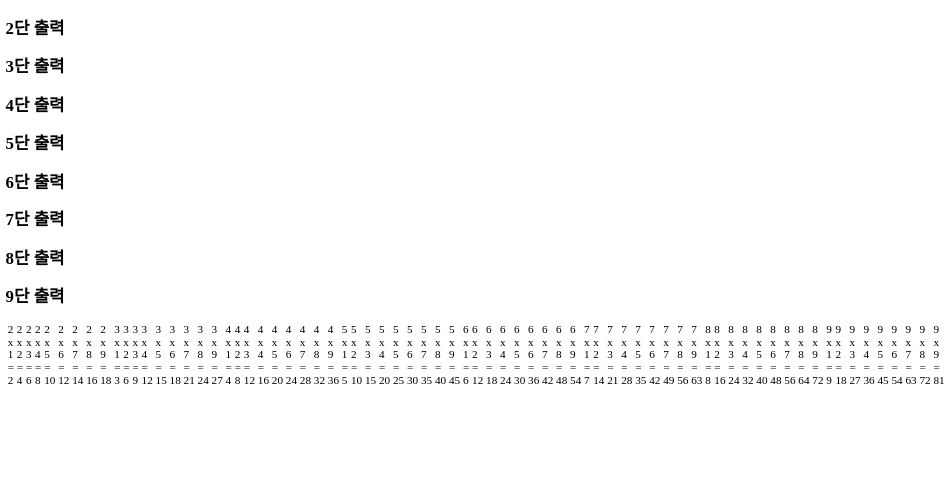
Repository: carnelli95/workspace_JSP
Page: http://localhost/MustHaveJSP/Mission/Gugudan1.jsp
These files come from the project's save history. The page is drawn as it stood at one moment and after the next save; the edit follows.
The browser window is 1280 px wide. The page is 1352 px wide, then 1280 px, so the pictures cover 1352 px, including what lies to the right of the window. The pictures show the part of the page from y = 0 to 1840 px (the page is 720 px tall before and 2529 px after), at 70% of full size.
The page is served by Tomcat 9.

Above is the page before, as saved 2025-09-22 08:42:37.

After the next save:
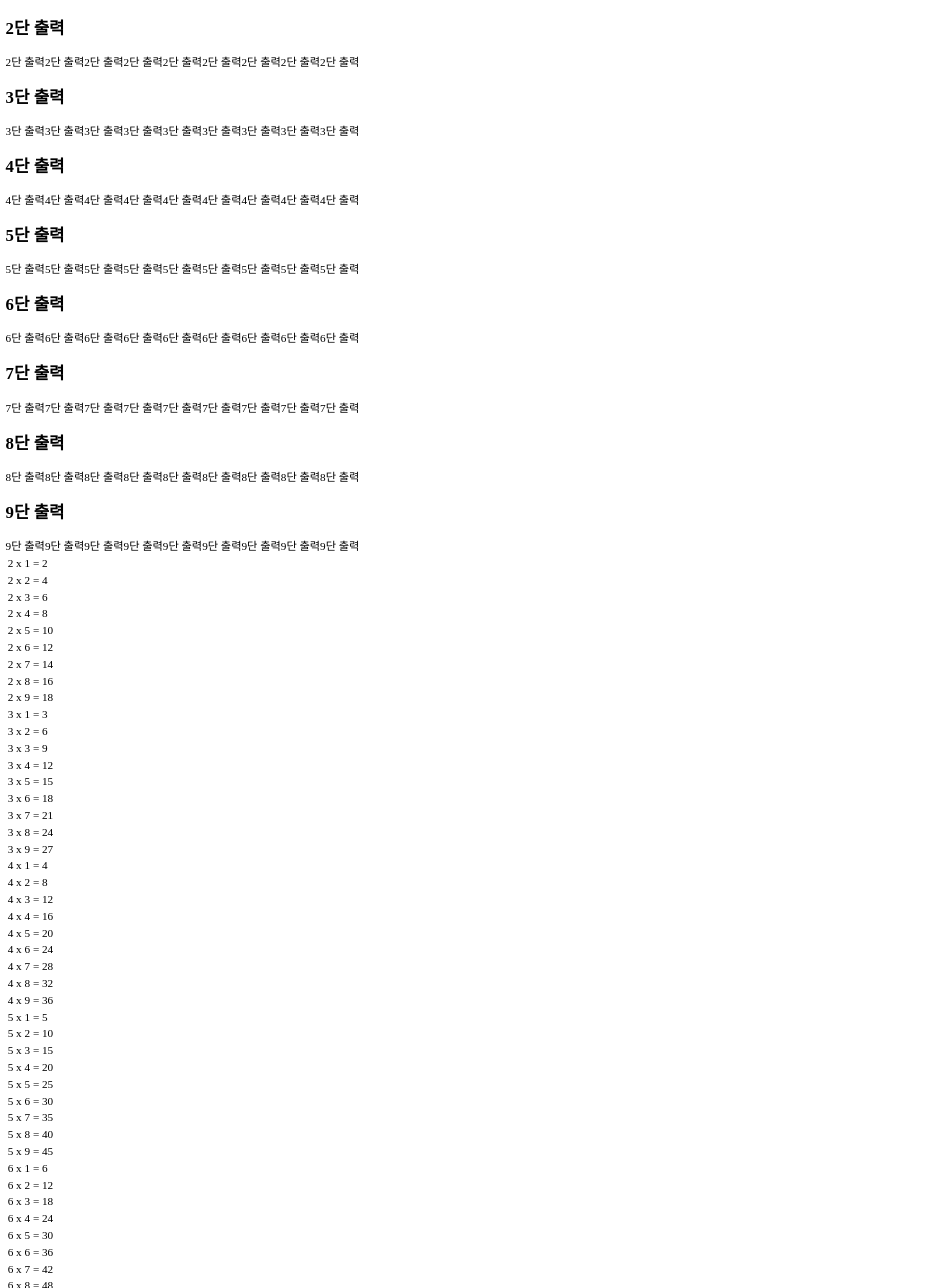
Saved 10 s later.
--- a/MustHaveJSP/src/main/webapp/Mission/Gugudan1.jsp
+++ b/MustHaveJSP/src/main/webapp/Mission/Gugudan1.jsp
@@ -30,6 +30,7 @@
 	for(int i = 2; i <= 9; i++) {
 		out.println("<h2>" + i + "단 출력</h2>");
 		for(int j = 1; j <= 9; j++) {
+			out.println("<tr>" + i + "단 출력</tr>");
 			out.print("<td>" + i + " x " + j  + " = " + i * j + "</td>" + "\t");
 		}
 	}
